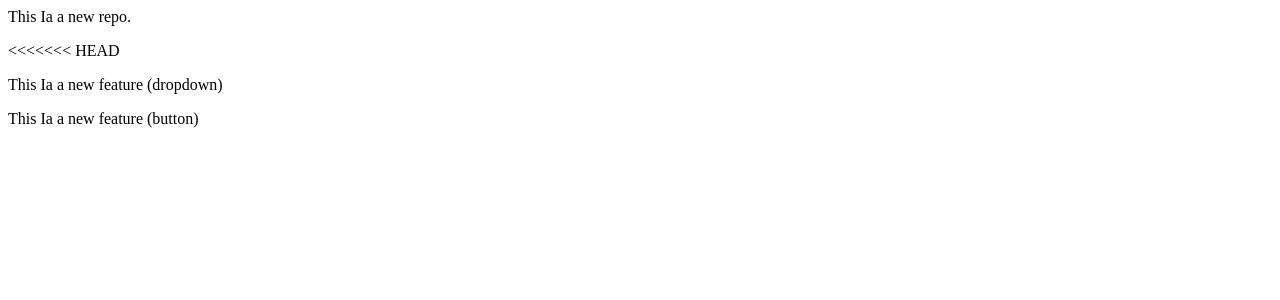
Repository: Jayesh5124/localRepo
Page: index.html
These files come from the project's save history. The page is drawn as it stood at one moment and after a run of saves; the edit follows.
The browser window is 1280 px wide. The pictures show the whole page.

Above is the page before, as saved 2024-06-09 17:57:10.

### index.html
<p>This Ia a new repo.</p>
<<<<<<< HEAD
<p>This Ia a new feature (dropdown)</p>

<p>This Ia a new feature (button) </p>

After the next 2 saves:
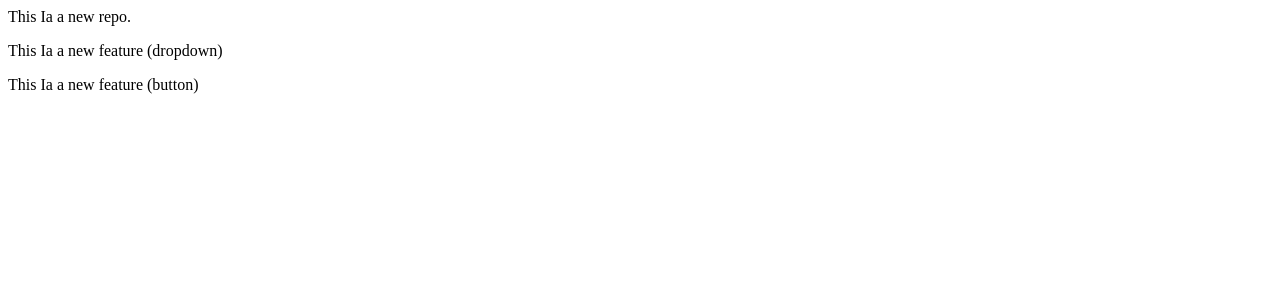
The 2 saves are shown as one change because they came seconds apart.
The last was saved 9 s later.
--- a/index.html
+++ b/index.html
@@ -1,5 +1,3 @@
 <p>This Ia a new repo.</p>
-<<<<<<< HEAD
 <p>This Ia a new feature (dropdown)</p>
-
 <p>This Ia a new feature (button) </p>
